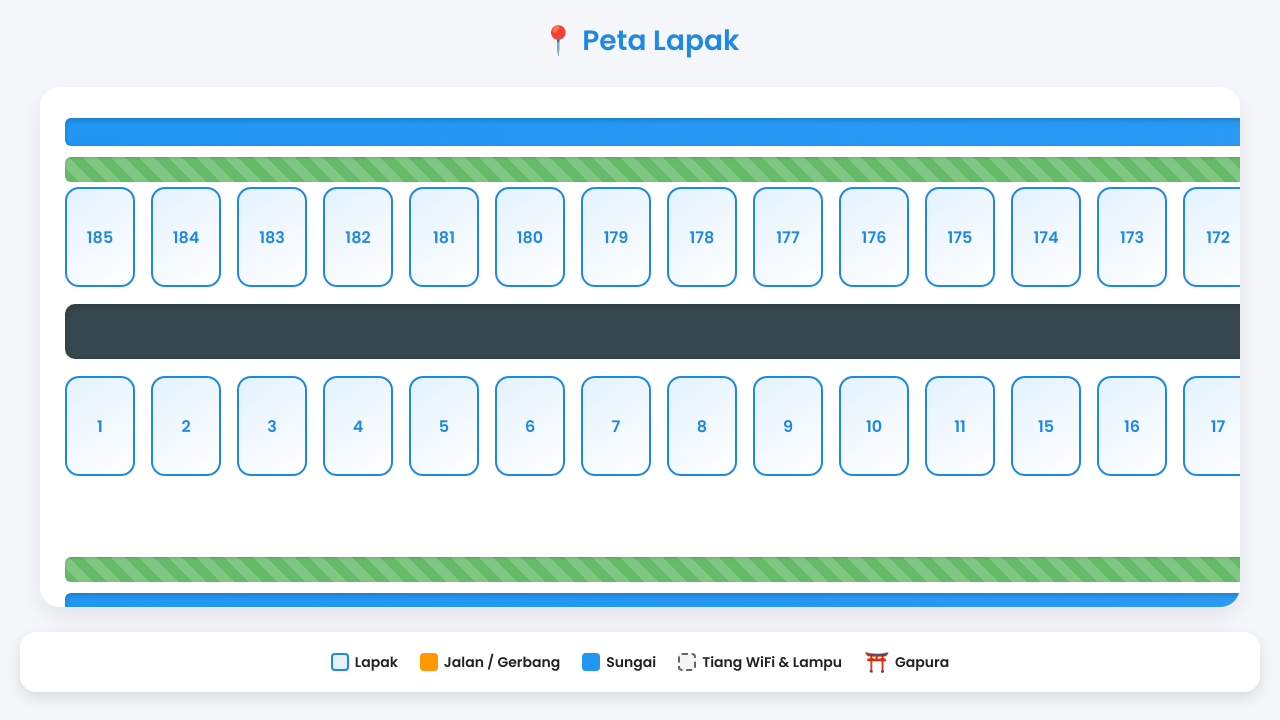
Repository: pasarrakyatbak/denah
Page: index.html
The author's editor kept a copy of each file at every save. The page is drawn from the files as they stood at one save, then again after a run of saves.
The browser window is 1280 px wide. The pictures show the whole page.
An inner scrolling area shows only its first screen.

Above is the page before, as saved 2025-09-19 18:41:06.

### index.html
<!DOCTYPE html>
<html lang="id">

<head>
    <meta charset="utf-8" />
    <meta name="viewport" content="width=device-width, initial-scale=1" />
    <title>Peta Lapak Modern</title>
    <link href="https://fonts.googleapis.com/css2?family=Poppins:wght@400;600&display=swap" rel="stylesheet">
    <link rel="stylesheet" href="style.css" />
</head>

<body>
    <h1>📍 Peta Lapak</h1>

    <!-- Tooltip -->
    <div class="tooltip" id="tooltip"></div>

    <!-- Grid Container -->
    <div class="scroll-container">
        <div class="h-inner">

            <!-- Rumput kiri -->
            <div class="sungai-side">🌊 Sungai</div>
            <div class="rumput"></div>

            <!-- Lapak kiri (atas jalan) -->
            <div class="row top" id="left-side"></div>

            <!-- Jalan utama -->
            <div class="road-wrapper">
                <div class="road">JALAN UTAMA</div>
            </div>

            <!-- Lapak kanan (bawah jalan) -->
            <div class="row bottom" id="right-side"></div>

            <!-- Rumput kanan -->
            <div class="rumput"></div>
            <div class="sungai-side">🌊 Sungai</div>
        </div>
    </div>


    <!-- Legend -->
    <div class="legend">
        <div>
            <div class="legend-color lapak-color"></div> Lapak
        </div>
        <div>
            <div class="legend-color jalan-color"></div> Jalan / Gerbang
        </div>
        <div>
            <div class="legend-color sungai-color"></div> Sungai
        </div>
        <div>
            <div class="legend-color tiang-color"></div> Tiang WiFi & Lampu
        </div>
        <div>
            <div class="legend-icon">⛩️</div> Gapura
        </div>
    </div>
    </div>

    <script src="script.js"></script>
</body>

</html>

### style.css
/* Reset & Base */
* {
    margin: 0;
    padding: 0;
    box-sizing: border-box;
}

body {
    font-family: 'Poppins', sans-serif;
    background: #f5f7fa;
    color: #222;
    padding: 20px;
    text-align: center;
}

h1 {
    font-size: 28px;
    margin-bottom: 25px;
    color: #1e88e5;
    font-weight: 700;
}

/* Scroll container */
.scroll-container {
    width: 100%;
    max-width: 1200px;
    height: 520px;
    overflow: auto;
    background: #fff;
    border-radius: 20px;
    padding: 25px;
    box-shadow: 0 10px 25px rgba(0, 0, 0, 0.08);
    margin: auto;
}

.h-inner {
    display: flex;
    flex-direction: column;
    gap: 5px;
    min-width: max-content;
}

.row {
    display: flex;
    gap: 16px;
    align-items: flex-start;
    flex-wrap: wrap;
    min-width: max-content;
}

/* Lapak modern */
.lapak {
    width: 70px;
    height: 100px;
    border-radius: 14px;
    background: linear-gradient(145deg, #e3f2fd, #ffffff);
    border: 2px solid #1e88e5;
    color: #1e88e5;
    font-weight: 600;
    display: flex;
    align-items: center;
    justify-content: center;
    cursor: pointer;
    font-size: 16px;
    transition: all 0.3s ease;
}

.lapak:hover {
    background: #1e88e5;
    color: #fff;
    transform: translateY(-6px) scale(1.08);
    box-shadow: 0 10px 18px rgba(30, 136, 229, 0.35);
}

/* Jalan utama */
.road {
    height: 85px;
    background: #37474f;
    color: #fff;
    display: flex;
    align-items: center;
    justify-content: center;
    border-radius: 14px;
    font-weight: 700;
    font-size: 16px;
    margin: 12px 0;
    letter-spacing: 1px;
    box-shadow: inset 0 2px 6px rgba(0, 0, 0, 0.2);
}

/* Jalan / Gerbang */
.jalan-gerbang {
    width: 150px;
    height: 50px;
    background: #ff9800;
    color: #fff;
    display: flex;
    align-items: center;
    justify-content: center;
    border-radius: 12px;
    font-weight: 700;
    transition: all 0.3s;
    box-shadow: 0 4px 12px rgba(255, 152, 0, 0.3);
}

.jalan-gerbang:hover {
    background: #fb8c00;
    transform: translateY(-4px);
}

/* Gapura lintas jalan */
.gapura-container {
    width: 70px;
    height: 100px;
    display: flex;
    flex-direction: column;
    align-items: center;
    justify-content: center;
    gap: 4px;
}

.gapura-icon {
    font-size: 26px;
}

.gapura-arrow {
    font-size: 18px;
}

/* Sungai */
.sungai-bawah {
    background: linear-gradient(180deg, #2196f3 0%, #64b5f6 100%);
    border-radius: 12px;
    color: #fff;
    font-weight: 600;
    display: flex;
    align-items: center;
    justify-content: center;
    font-size: 0.85em;
    width: 120%;
    height: 40px;
    box-shadow: 0 3px 8px rgba(33, 150, 243, 0.4);
}

.sungai-atas {
    background: linear-gradient(90deg, #00bfff, #4fc3f7);
    color: #fff;
    font-size: 12px;
    font-weight: bold;
    padding: 4px 10px;
    border-radius: 8px;
    margin-bottom: 5px;
}

/* Tiang WiFi + Lampu */
.tiang-container {
    width: auto;
    min-width: 120px;
    padding: 8px 12px;
    background: #fafafa;
    border: 2px dashed #666;
    border-radius: 16px;
    display: flex;
    flex-direction: row;
    /* <== sejajar horizontal */
    align-items: center;
    justify-content: center;
    gap: 12px;
    /* jarak antar ikon */
    font-size: 22px;
    font-weight: bold;
    color: #444;
    box-shadow: inset 0 2px 6px rgba(0, 0, 0, 0.05);
}

.tiang-label {
    font-size: 11px;
    font-weight: 600;
    color: #222;
}


/* Tooltip */
.tooltip {
    position: absolute;
    background: rgba(30, 136, 229, 0.95);
    color: #fff;
    padding: 7px 12px;
    border-radius: 8px;
    font-size: 13px;
    pointer-events: none;
    opacity: 0;
    transition: opacity 0.2s, transform 0.2s;
    z-index: 10;
    transform: translateY(-4px);
}

/* Legend */
.legend {
    margin-top: 25px;
    background: #fff;
    padding: 14px 20px;
    border-radius: 16px;
    box-shadow: 0 6px 16px rgba(0, 0, 0, 0.12);
    font-size: 14px;
    font-weight: 600;
    line-height: 1.6;
    display: flex;
    gap: 22px;
    justify-content: center;
    flex-wrap: wrap;
}

.legend div {
    display: flex;
    align-items: center;
    gap: 6px;
}

.legend-color {
    width: 18px;
    height: 18px;
    border-radius: 4px;
}

.legend-icon {
    font-size: 20px;
}

/* Legend colors */
.lapak-color {
    background: #e3f2fd;
    border: 2px solid #1e88e5;
}

.jalan-color {
    background: #ff9800;
}

.sungai-color {
    background: #2196f3;
}

.tiang-color {
    background: #f5f5f5;
    border: 2px dashed #666;
}

/* Wrapper */
.lapak-wrapper {
    display: flex;
    flex-direction: column;
    align-items: center;
    gap: 6px;
}

.lapak-wrapper .lapak {
    order: 2;
}

.lapak-wrapper .jalan-gerbang,
.lapak-wrapper .gapura-container,
.lapak-wrapper .sungai-atas,
.lapak-wrapper .sungai-bawah,
.lapak-wrapper .tiang-container {
    order: 1;
}

/* Bungkus jalan + rumput */
.road-wrapper {
    display: flex;
    flex-direction: column;
    gap: 6px;
    width: 100%;
}

/* Jalan utama penuh kiri kanan */
.road {
    height: 55px;
    width: 100%;
    background: #37474f;
    color: #fff;
    display: flex;
    align-items: center;
    justify-content: center;
    border-radius: 10px;
    font-weight: 700;
    font-size: 16px;
    letter-spacing: 1px;
    box-shadow: inset 0 2px 6px rgba(0, 0, 0, 0.2);
}

/* Rumput di sisi jalan */
.rumput {
    height: 25px;
    width: 100%;
    background: repeating-linear-gradient(45deg,
            #66bb6a,
            #66bb6a 10px,
            #81c784 10px,
            #81c784 20px);
    border-radius: 6px;
    box-shadow: inset 0 1px 3px rgba(0, 0, 0, 0.15);
}

/* Sungai samping */
.sungai-side {
    width: 100%;
    height: 28px;
    background: linear-gradient(90deg, #2196f3, #64b5f6);
    border-radius: 6px;
    color: #fff;
    font-weight: 600;
    font-size: 13px;
    display: flex;
    align-items: center;
    justify-content: center;
    gap: 6px;
    box-shadow: inset 0 2px 5px rgba(0, 0, 0, 0.2);
    margin: 6px 0;
}

/* Responsive */
@media(max-width:900px) {
    .scroll-container {
        height: 450px;
    }

    .lapak {
        width: 60px;
        height: 90px;
        font-size: 14px;
    }

    .jalan-gerbang {
        width: 120px;
        height: 45px;
        font-size: 13px;
    }
}

@media(max-width:600px) {
    body {
        padding: 12px;
    }

    h1 {
        font-size: 22px;
    }

    .scroll-container {
        height: 400px;
        padding: 12px;
    }

    .lapak {
        width: 50px;
        height: 80px;
        font-size: 13px;
    }

    .jalan-gerbang {
        width: 100px;
        height: 40px;
        font-size: 12px;
    }

    .sungai-bawah {
        width: 100%;
        height: 35px;
        font-size: 0.75em;
    }
}

### script.js
// DATA NOMOR
const leftNumbers = [1, 2, 3, 4, 5, 6, 7, 8, 9, 10, 11, 15, 16, 17, 18, 19, 20, 21, 22, 23, 24, 25, 26, 27, 28, 29, 30, 31, 32, 33, 34, 35, 36, 37, 38, 39, 40, 41, 42, 43, 44, 45, 46, 47, 48, 49, 50, 51, 52, 53, 54, 55, 56, 57, 58, 59, 60, 61, 62, 63, 64, 65, 66, 67, 68, 69, 70, 71, 72, 73, 74, 75, 76, 77, 78, 79, 80, 81, 82, 83, 84, 85, 86, 87, 88, 89, 90, 91, 92, 93, 94, 95, 96, 97, 98, 99, 100, 101, 102, 103, 104, 186, 187, 188, 189, 190, 191, 192, 193];
const rightNumbers = [194, 195, 196, 197, 198, 199, 200, 201, 202, 203, 204, 205, 206, 207, 208, 209, 210, 211, 212, 213, 105, 106, 107, 108, 109, 110, 111, 112, 113, 114, 115, 116, 117, 118, 119, 120, 121, 122, 123, 124, 125, 126, 127, 128, 129, 130, 131, 132, 133, 134, 135, 136, 137, 138, 214, 215, 216, 139, 140, 141, 142, 143, 144, 145, 146, 147, 148, 149, 150, 151, 152, 153, 154, 155, 156, 157, 158, 159, 160, 161, 162, 163, 164, 165, 166, 167, 168, 169, 170, 171, 172, 173, 174, 175, 176, 177, 178, 179, 180, 181, 182, 183, 184, 185];

const rightSide = document.getElementById('right-side');
const leftSide = document.getElementById('left-side');

// Buat lapak
function makeLapak(num) {
    const d = document.createElement('div');
    d.className = 'lapak';
    d.textContent = num;
    return d;
}

// Nomor kecil (1,2,3...) ditempatkan di sisi kanan (bawah jalan)
leftNumbers.forEach(n => rightSide.appendChild(makeLapak(n)));

// Nomor besar (200an...) ditempatkan di sisi kiri (atas jalan)
rightNumbers.slice().reverse().forEach(n => leftSide.appendChild(makeLapak(n)));

// Gerbang
function insertGerbangBetween(parent, a, b, label = 'Gerbang') {
    const children = Array.from(parent.children);
    const idxA = children.findIndex(c => c.textContent == String(a));
    const idxB = children.findIndex(c => c.textContent == String(b));
    if (idxA === -1 || idxB === -1) return;
    const insertAfterIndex = Math.min(idxA, idxB);
    const refNode = parent.children[insertAfterIndex + 1] || null;
    const g = document.createElement('div');
    g.className = 'jalan-gerbang';
    g.textContent = label;
    parent.insertBefore(g, refNode);
}
insertGerbangBetween(leftSide, 2, 3);
insertGerbangBetween(leftSide, 11, 15);

// Gapura lintas jalan
function insertGapura(leftParent, rightParent, a, b) {
    const idxL = Array.from(leftParent.children).findIndex(c => c.textContent == a);
    const idxR = Array.from(rightParent.children).findIndex(c => c.textContent == b);
    if (idxL === -1 || idxR === -1) return;

    const gapuraBottom = document.createElement('div');
    gapuraBottom.className = 'gapura-container';
    gapuraBottom.innerHTML = `<div class="gapura-icon">⛩️</div><div class="gapura-arrow">⬆️</div>`;
    leftParent.insertBefore(gapuraBottom, leftParent.children[idxL + 1]);

    const gapuraTop = document.createElement('div');
    gapuraTop.className = 'gapura-container';
    gapuraTop.innerHTML = `<div class="gapura-arrow">⬇️</div><div class="gapura-icon">⛩️</div>`;
    rightParent.insertBefore(gapuraTop, rightParent.children[idxR]);
}
insertGapura(leftSide, rightSide, 57, 146);

// Sungai
function placeSungaiBelow(parent, num) {
    const target = Array.from(parent.children).find(c => c.textContent == num);
    if (!target) return;
    const wrapper = document.createElement('div');
    wrapper.className = 'lapak-wrapper';
    wrapper.setAttribute('data-lapak', num);
    parent.insertBefore(wrapper, target);
    wrapper.appendChild(target);

    const sungai = document.createElement('div');
    sungai.className = 'sungai-bawah';
    sungai.textContent = 'Sungai';
    wrapper.appendChild(sungai);
}
function placeSungaiAbove(parent, num) {
    const target = Array.from(parent.children).find(c => c.textContent == num);
    if (!target) return;
    const wrapper = document.createElement('div');
    wrapper.className = 'lapak-wrapper';
    wrapper.setAttribute('data-lapak', num);
    parent.insertBefore(wrapper, target);
    wrapper.appendChild(target);

    const sungai = document.createElement('div');
    sungai.className = 'sungai-atas';
    sungai.textContent = 'Sungai';
    wrapper.insertBefore(sungai, target);
}
placeSungaiBelow(leftSide, 62);
placeSungaiAbove(rightSide, 141);

// Tiang WiFi + Lampu
function insertTiangAbove(parent, num) {
    const target = Array.from(parent.children).find(c => c.textContent == num);
    if (!target) return;

    const wrapper = document.createElement('div');
    wrapper.className = 'lapak-wrapper';
    parent.insertBefore(wrapper, target);
    wrapper.appendChild(target);

    const tiang = document.createElement('div');
    tiang.className = 'tiang-container';
    tiang.innerHTML = `
        <span>📡<div class="tiang-label">WiFi</div></span>
        <span>💡<div class="tiang-label">Lampu</div></span>
    `;
    wrapper.insertBefore(tiang, target);
}

// Jalan
function insertJalan(parent, a, b, label = 'Jalan') {
    const idxA = Array.from(parent.children).findIndex(c => c.textContent == a);
    const idxB = Array.from(parent.children).findIndex(c => c.textContent == b);
    if (idxA === -1 || idxB === -1) return;
    const insertAfter = Math.min(idxA, idxB);
    const refNode = parent.children[insertAfter + 1] || null;
    const jalan = document.createElement('div');
    jalan.className = 'jalan-gerbang';
    jalan.textContent = label;
    parent.insertBefore(jalan, refNode);
}

// Contoh insert
insertJalan(rightSide, 156, 157);
insertJalan(rightSide, 216, 139);
insertJalan(rightSide, 163, 164);
insertJalan(rightSide, 180, 181);
insertTiangAbove(rightSide, 20, 201);
insertTiangAbove(rightSide, 108, 109);
insertTiangAbove(rightSide, 124, 125);
insertTiangAbove(rightSide, 137, 138);

const tooltip = document.getElementById('tooltip');

function showTooltip(e, text) {
    tooltip.textContent = text;
    tooltip.style.left = e.pageX + 10 + 'px';
    tooltip.style.top = e.pageY + 10 + 'px';
    tooltip.style.opacity = 1;
}

function hideTooltip() {
    tooltip.style.opacity = 0;
}

// Tambahkan tooltip untuk setiap elemen
document.querySelectorAll('.lapak').forEach(el => {
    el.addEventListener('mouseenter', e => showTooltip(e, 'Lapak #' + el.textContent));
    el.addEventListener('mousemove', e => showTooltip(e, 'Lapak #' + el.textContent));
    el.addEventListener('mouseleave', hideTooltip);
});

document.querySelectorAll('.jalan-gerbang').forEach(el => {
    el.addEventListener('mouseenter', e => showTooltip(e, 'Jalan / Gerbang: ' + el.textContent));
    el.addEventListener('mousemove', e => showTooltip(e, 'Jalan / Gerbang: ' + el.textContent));
    el.addEventListener('mouseleave', hideTooltip);
});

document.querySelectorAll('.sungai-bawah, .sungai-atas').forEach(el => {
    el.addEventListener('mouseenter', e => showTooltip(e, 'Sungai'));
    el.addEventListener('mousemove', e => showTooltip(e, 'Sungai'));
    el.addEventListener('mouseleave', hideTooltip);
});

document.querySelectorAll('.tiang-container').forEach(el => {
    el.addEventListener('mouseenter', e => showTooltip(e, 'Tiang WiFi & Lampu'));
    el.addEventListener('mousemove', e => showTooltip(e, 'Tiang WiFi & Lampu'));
    el.addEventListener('mouseleave', hideTooltip);
});

document.querySelectorAll('.gapura-container').forEach(el => {
    el.addEventListener('mouseenter', e => showTooltip(e, 'Gapura Lintas Jalan'));
    el.addEventListener('mousemove', e => showTooltip(e, 'Gapura Lintas Jalan'));
    el.addEventListener('mouseleave', hideTooltip);
});

After the next 3 saves:
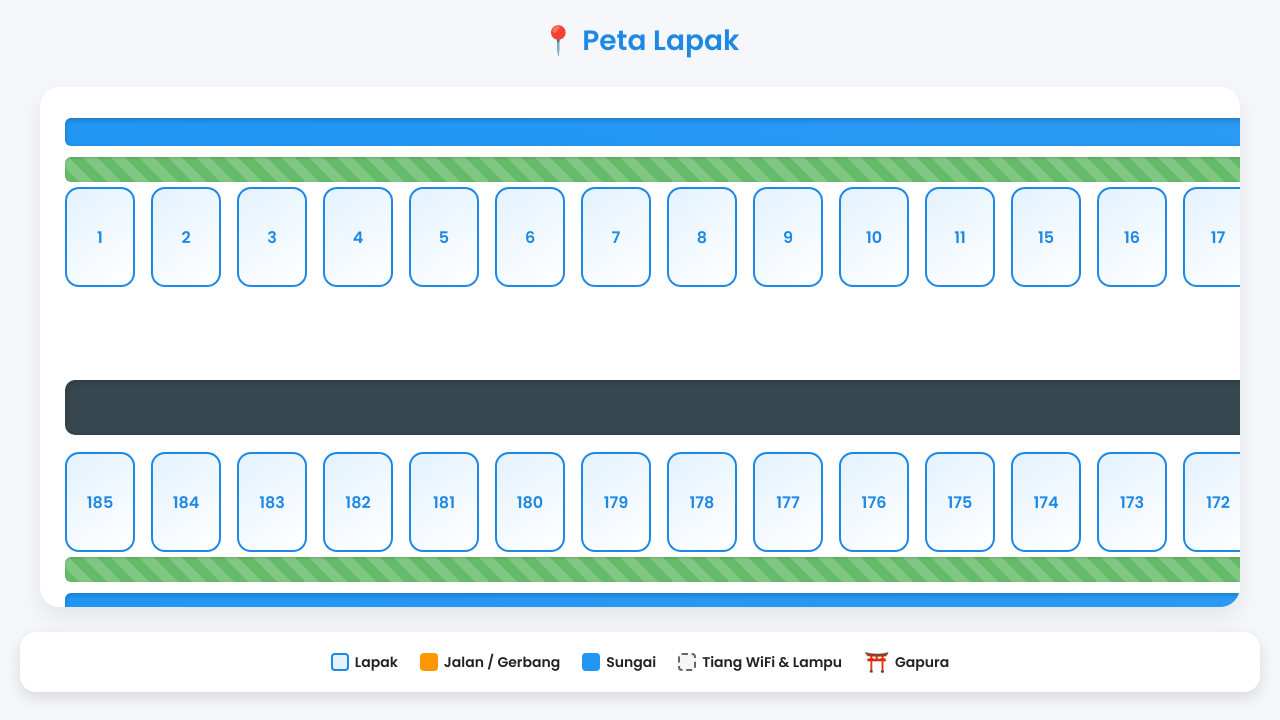
The 3 saves are shown as one change because they came seconds apart.
The last was saved 41 s later.
--- a/index.html
+++ b/index.html
@@ -24,7 +24,7 @@
             <div class="rumput"></div>
 
             <!-- Lapak kiri (atas jalan) -->
-            <div class="row top" id="left-side"></div>
+            <div class="row top" id="right-side"></div>
 
             <!-- Jalan utama -->
             <div class="road-wrapper">
@@ -32,7 +32,7 @@
             </div>
 
             <!-- Lapak kanan (bawah jalan) -->
-            <div class="row bottom" id="right-side"></div>
+            <div class="row bottom" id="left-side"></div>
 
             <!-- Rumput kanan -->
             <div class="rumput"></div>

After the 2 saves that followed:
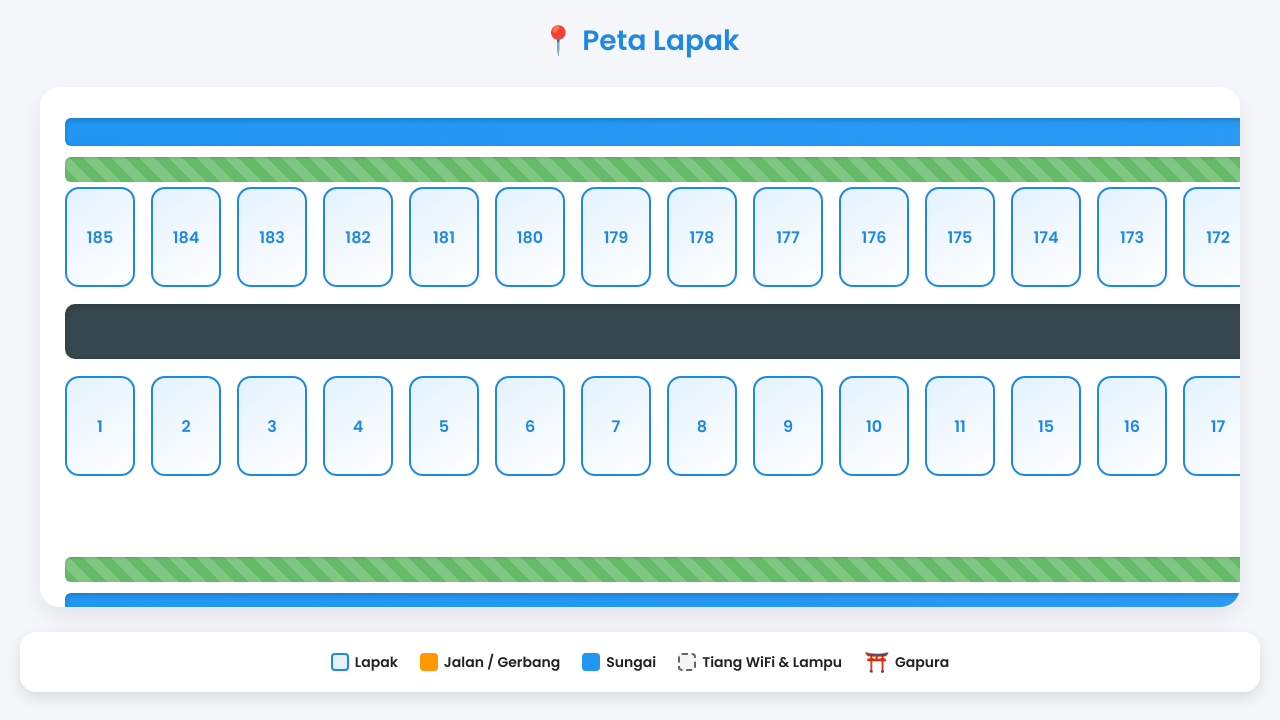
The 2 saves are shown as one change because they came seconds apart.
The last was saved 12 s later.
--- a/index.html
+++ b/index.html
@@ -24,7 +24,7 @@
             <div class="rumput"></div>
 
             <!-- Lapak kiri (atas jalan) -->
-            <div class="row top" id="right-side"></div>
+            <div class="row top" id="left-side"></div>
 
             <!-- Jalan utama -->
             <div class="road-wrapper">
@@ -32,7 +32,7 @@
             </div>
 
             <!-- Lapak kanan (bawah jalan) -->
-            <div class="row bottom" id="left-side"></div>
+            <div class="row bottom" id="right-side"></div>
 
             <!-- Rumput kanan -->
             <div class="rumput"></div>
